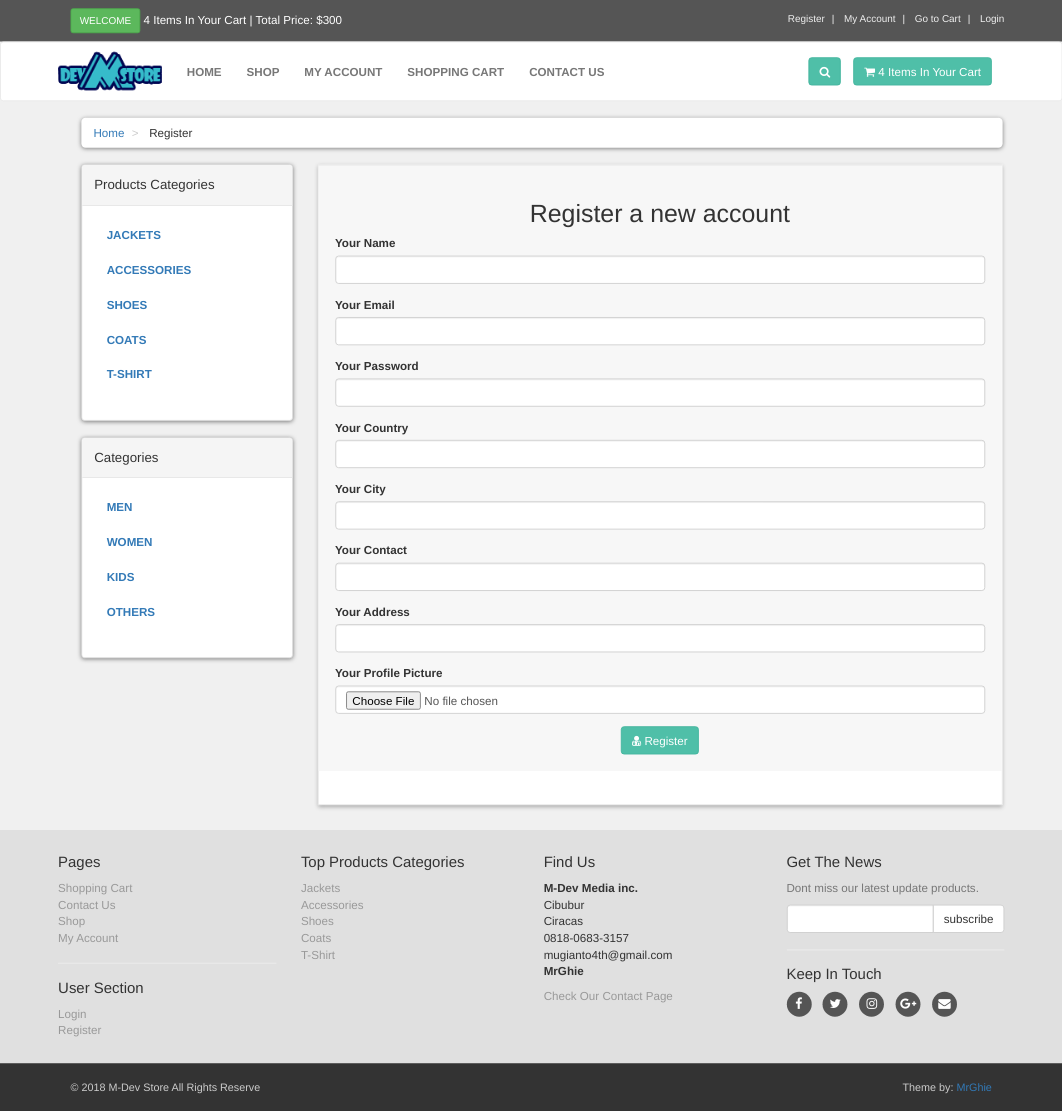
Repository: truonghuynhquy/M_Dev_Store
Page: http://localhost/customer_register.php
These files come from the project's save history. The page is drawn as it stood at one moment and after the next save; the edit follows.
The browser window is 1280 px wide. The pictures show the whole page, at 83% of full size.
The page is run by PHP 8.4 with error messages shown; the project is at /var/www/html/. The database holds what the project's SQL file puts in it.

Above is the page before, as saved 2022-11-16 16:22:00.

### customer_register.php
<?php

    include("includes/header.php");

?>

    <div id="content">
        <!-- #content Begin -->
        <div class="container">
            <!-- container Begin -->
            <div class="col-md-12">
                <!-- col-md-12 Begin -->

                <ul class="breadcrumb">
                    <!-- breadcrumb Begin -->
                    <li>
                        <a href="index.php">Home</a>
                    </li>
                    <li>
                        Register
                    </li>
                </ul><!-- breadcrumb Finish -->

            </div><!-- col-md-12 Finish -->

            <div class="col-md-3">
                <!-- col-md-3 Begin -->

                <?php

                include("includes/sidebar.php");

                ?>

            </div><!-- col-md-3 Finish -->

            <div class="col-md-9">
                <!-- col-md-9 Begin -->

                <div class="box">
                    <!-- box Begin -->

                    <div class="box-header">
                        <!-- box-header Begin -->

                        <center>
                            <!-- center Begin -->

                            <h2> Register a new account </h2>

                        </center><!-- center Finish -->

                        <form action="customer_register.php" method="post" enctype="multipart/form-data">
                            <!-- form Begin -->

                            <div class="form-group">
                                <!-- form-group Begin -->

                                <label>Your Name</label>

                                <input type="text" class="form-control" name="c_name" required>

                            </div><!-- form-group Finish -->

                            <div class="form-group">
                                <!-- form-group Begin -->

                                <label>Your Email</label>

                                <input type="text" class="form-control" name="c_email" required>

                            </div><!-- form-group Finish -->

                            <div class="form-group">
                                <!-- form-group Begin -->

                                <label>Your Password</label>

                                <input type="password" class="form-control" name="c_pass" required>

                            </div><!-- form-group Finish -->

                            <div class="form-group">
                                <!-- form-group Begin -->

                                <label>Your Country</label>

                                <input type="text" class="form-control" name="c_country" required>

                            </div><!-- form-group Finish -->

                            <div class="form-group">
                                <!-- form-group Begin -->

                                <label>Your City</label>

                                <input type="text" class="form-control" name="c_city" required>

                            </div><!-- form-group Finish -->

                            <div class="form-group">
                                <!-- form-group Begin -->

                                <label>Your Contact</label>

                                <input type="text" class="form-control" name="c_contact" required>

                            </div><!-- form-group Finish -->

                            <div class="form-group">
                                <!-- form-group Begin -->

                                <label>Your Address</label>

                                <input type="text" class="form-control" name="c_address" required>

                            </div><!-- form-group Finish -->

                            <div class="form-group">
                                <!-- form-group Begin -->

                                <label>Your Profile Picture</label>

                                <input type="file" class="form-control form-height-custom" name="c_image" required>

                            </div><!-- form-group Finish -->

                            <div class="text-center">
                                <!-- text-center Begin -->

                                <button type="submit" name="register" class="btn btn-primary">

                                    <i class="fa fa-user-md"></i> Register

                                </button>

                            </div><!-- text-center Finish -->

                        </form><!-- form Finish -->

                    </div><!-- box-header Finish -->

                </div><!-- box Finish -->

            </div><!-- col-md-9 Finish -->

        </div><!-- container Finish -->
    </div><!-- #content Finish -->

    <?php

    include("includes/footer.php");

    ?>

    <script src="js/jquery-331.min.js"></script>
    <script src="js/bootstrap-337.min.js"></script>


</body>

</html>

### includes/header.php
<?php

include("includes/db.php");
include("functions/functions.php");

?>

<!DOCTYPE html>
<html lang="en">

<head>
    <meta charset="UTF-8">
    <meta http-equiv="X-UA-Compatible" content="IE=edge">
    <meta name="viewport" content="width=device-width, initial-scale=1.0">
    <title>M-Dev Shop</title>
    <link rel="stylesheet" href="styles/bootstrap-337.min.css">
    <link rel="stylesheet" href="styles/style.css">
    <link rel="stylesheet" href="font-awsome/css/font-awesome.min.css">
</head>

<body>
    <div id="top">
        <!--  Top:     Begin  -->

        <div class="container">
            <!--  Container:     Begin  -->
            <div class="col-md-6 offer">
                <!--  col-md-6 offer:     Begin  -->
                <a href="#" class="btn btn-success btn-sm">Welcome</a>
                <a href="checkout.php">4 Items In Your Cart | Total Price: $300</a>
            </div><!--  col-md-6:     Finish  -->

            <div class="col md-6">
                <!--  col-md-6:     Begin  -->

                <ul class="menu">
                    <!--  menu:     Begin  -->
                    <li>
                        <a href="customer_register.php">Register</a>
                    </li>
                    <li>
                        <a href="customer/my_account.php">My Account</a>
                    </li>
                    <li>
                        <a href="cart.php">Go to Cart</a>
                    </li>
                    <li>
                        <a href="checkout.php">Login</a>
                    </li>

                </ul><!--  menu:     Finish  -->

            </div><!--  col-md-6:     Finish  -->

        </div><!--  Container:     Finish  -->

    </div><!--  Top:    Finish  -->

    <div id="navbar" class="navbar navbar-default">
        <!--  navbar navbar-default:    Begin  -->

        <div class="container">
            <!--  container:    Begin  -->

            <div class="nav-header">
                <!--  nav-header:    Begin  -->

                <a href="index.php" class="navbar-brand home">
                    <!-- navbar-brand home Begin -->

                    <img src="images/ecom-store-logo.png" alt="M-dev-Store Logo" class="hidden-xs">
                    <img src="images/ecom-store-logo-mobile.png" alt="M-dev-Store Logo Mobile" class="visible-xs">

                </a><!-- navbar-brand home Finish -->

                <button class="navbar-toggle" data-toggle="collapse" data-target="#navigation">

                    <span class="sr-only">Toggle navigation</span>

                    <i class="fa fa-align-justify"></i>

                </button>

                <button class="navbar-toggle" data-toggle="collapse" data-target="#search">

                    <span class="sr-only">Toggle Search</span>

                    <i class="fa fa-search"></i>

                </button>

            </div><!--  nav-header:    Finish  -->

            <div class="collapse navbar-collapse" id="navigation">
                <!-- navbar-collapse collapse Begin -->

                <div class="padding-nav">
                    <!-- padding-nav Begin -->

                    <ul class="nav navbar-nav left">
                        <!-- nav navbar-nav left Begin -->

                        <li class="<?php if($active=='Home') echo"active"; ?>">
                            <a href="index.php">Home</a>
                        </li>
                        <li class="<?php if($active=='Shop') echo"active"; ?>">
                            <a href="shop.php">Shop</a>
                        </li>
                        <li class="<?php if($active=='Account') echo"active"; ?>">
                            <a href="customer/my_account.php">My Account</a>
                        </li>
                        <li class="<?php if($active=='Cart') echo"active"; ?>">
                            <a href="cart.php">Shopping Cart</a>
                        </li>
                        <li class="<?php if($active=='Contact') echo"active"; ?>">
                            <a href="contact.php">Contact Us</a>
                        </li>

                    </ul><!-- nav navbar-nav left Finish -->

                </div><!-- padding-nav Finish -->

                <a href="cart.php" class="btn navbar-btn btn-primary right">

                    <!-- btn navbar-btn btn-primary Begin -->

                    <i class="fa fa-shopping-cart"></i>

                    <span>4 Items In Your Cart</span>

                </a><!-- btn navbar-btn btn-primary Finish -->

                <div class="navbar-collapse collapse right">
                    <!-- navbar-collapse collapse right Begin -->

                    <button class="btn btn-primary navbar-btn" type="button" data-toggle="collapse" data-target="#search">
                        <!-- btn btn-primary navbar-btn Begin -->

                        <span class="sr-only">Toggle Search</span>

                        <i class="fa fa-search"></i>

                </div><!-- navbar-collapse collapse right Finish -->

                <div class="collapse clearfix" id="search">
                    <!-- collapse clearfix Begin -->

                    <form method="get" action="results.php" class="navbar-form">
                        <!-- navbar-form Begin -->

                        <div class="input-group">
                            <!-- input-group Begin -->

                            <input type="text" class="form-control" placeholder="Search" name="user_query" required>

                            <span class="input-group-btn">
                                <!-- input-group-btn Begin -->

                                <button type="submit" name="search" value="Search" class="btn btn-primary">
                                    <!-- btn btn-primary Begin -->

                                    <i class="fa fa-search"></i>

                                </button><!-- btn btn-primary Finish -->

                            </span><!-- input-group-btn Finish -->

                        </div><!-- input-group Finish -->

                    </form><!-- navbar-form Finish -->

                </div><!-- collapse clearfix Finish -->

            </div><!-- navbar-collapse collapse Finish -->

        </div><!--  container:    Finish  -->

    </div><!--  navbar navbar-default:    Finish  -->

### includes/db.php
<?php

$con = mysqli_connect("localhost","root","","ecom_store");

?>

### functions/functions.php
<?php

$db = mysqli_connect("localhost","root","", "ecom_store");

function getPro(){

    global $db;

    $get_products = "select * from products order by 1 DESC LIMIT 0,8";

    $run_products = mysqli_query($db,$get_products);

    while($row_products = mysqli_fetch_array($run_products)){

        $pro_id = $row_products['product_id'];

        $pro_title = $row_products['product_title'];

        $pro_price = $row_products['product_price'];

        $pro_img1 = $row_products['product_img1'];

        echo "

        <div class='col-md-4 col-sm-6 single'>

            <div class='product'>

                <a href='details.php?pro_id=$pro_id'>

                    <img class='img-responsive' src='admin_area/product_images/$pro_img1'>

                </a>

                <div class='text'>

                    <h3>

                        <a href='details.php?pro_id=$pro_id'>

                            $pro_title

                        </a>

                    </h3>

                    <p class='price'>

                        $ $pro_price

                    </p>

                    <p class='button'>

                        <a class='btn btn-default' href='details.php?pro_id=$pro_id'>

                            View Details

                        </a>

                        <a class='btn btn-primary' href='details.php?pro_id=$pro_id>

                            <i class='fa fa-shopping-cart></i> Add to Cart

                        </a>

                    </p>

                </div>

            </div>

        </div>

        ";

    }

}

?>

### includes/sidebar.php
<div class="panel panel-default sidebar-menu">
    <!-- panel panel-default sidebar-menu Begin -->

    <div class="panel-heading">
        <!-- panel-heading Begin -->

        <h3 class="panel-title">Products Categories</h3>

    </div><!-- panel-heading Finish -->

    <div class="panel-body">
        <!-- panel-body Begin -->

        <ul class="nav nav-pills nav-stacked category-menu">
            <!-- nav nav-pills nav-stacked category-menu Begin -->

            <li><a href="#">Jackets</a></li>
            <li><a href="#">Accessories</a></li>
            <li><a href="#">Shoes</a></li>
            <li><a href="#">Coats</a></li>
            <li><a href="#">T-Shirt</a></li>

        </ul><!-- nav nav-pills nav-stacked category-menu Finish -->

    </div><!-- panel-body Finish -->

</div><!-- panel panel-default sidebar-menu Finish -->

<div class="panel panel-default sidebar-menu">
    <!-- panel panel-default sidebar-menu Begin -->

    <div class="panel-heading">
        <!-- panel-heading Begin -->

        <h3 class="panel-title">Categories</h3>

    </div><!-- panel-heading Finish -->

    <div class="panel-body">
        <!-- panel-body Begin -->

        <ul class="nav nav-pills nav-stacked category-menu">
            <!-- nav nav-pills nav-stacked category-menu Begin -->

            <li><a href="#">Men</a></li>
            <li><a href="#">Women</a></li>
            <li><a href="#">Kids</a></li>
            <li><a href="#">Others</a></li>

        </ul><!-- nav nav-pills nav-stacked category-menu Finish -->

    </div><!-- panel-body Finish -->

</div><!-- panel panel-default sidebar-menu Finish -->

### includes/footer.php
<div id="footer">
    <!-- #footer Begin -->
    <div class="container">
        <!-- container Begin -->
        <div class="row">
            <!-- row Begin -->
            <div class="col-sm-6 col-md-3">
                <!-- col-sm-6 col-md-3 Begin -->

                <h4>Pages</h4>

                <ul>
                    <!-- ul Begin -->
                    <li><a href="cart.php">Shopping Cart</a></li>
                    <li><a href="contact.php">Contact Us</a></li>
                    <li><a href="shop.php">Shop</a></li>
                    <li><a href="customer/my_account.php">My Account</a></li>
                </ul><!-- ul Finish -->

                <hr>

                <h4>User Section</h4>

                <ul>
                    <!-- ul Begin -->
                    <li><a href="checkout.php">Login</a></li>
                    <li><a href="customer_register.php">Register</a></li>
                </ul><!-- ul Finish -->

                <hr class="hidden-md hidden-lg hidden-sm">

            </div><!-- col-sm-6 col-md-3 Finish -->

            <div class="com-sm-6 col-md-3">
                <!-- col-sm-6 col-md-3 Begin -->

                <h4>Top Products Categories</h4>

                <ul>
                    <!-- ul Begin -->

                    <?php

                    $get_p_cats = "select * from product_categories";

                    $run_p_cats = mysqli_query($con, $get_p_cats);

                    while ($row_p_cats = mysqli_fetch_array($run_p_cats)) {

                        $p_cat_id = $row_p_cats['p_cat_id'];

                        $p_cat_title = $row_p_cats['p_cat_title'];

                        echo "

                            <li>

                                <a href='shop.php?p_cat=$p_cat_id'>

                                    $p_cat_title

                                </a>

                            </li>

                        ";
                    }

                    ?>

                </ul><!-- ul Finish -->

                <hr class="hidden-md hidden-lg">

            </div><!-- col-sm-6 col-md-3 Finish -->

            <div class="col-sm-6 col-md-3">
                <!-- col-sm-6 col-md-3 Begin -->

                <h4>Find Us</h4>

                <p>
                    <!-- p Start -->

                    <strong>M-Dev Media inc.</strong>
                    <br />Cibubur
                    <br />Ciracas
                    <br />0818-0683-3157
                    <br />mugianto4th@gmail.com
                    <br /><strong>MrGhie</strong>

                </p><!-- p Finish -->

                <a href="contact.php">Check Our Contact Page</a>

                <hr class="hidden-md hidden-lg">

            </div><!-- col-sm-6 col-md-3 Finish -->

            <div class="col-sm-6 col-md-3">

                <h4>Get The News</h4>

                <p class="text-muted">
                    Dont miss our latest update products.
                </p>

                <form action="https://feedburner.google.com/fb/a/mailverify" method="post" target="popupwindow" onsubmit="window.open('https://feedburner.google.com/fb/a/mailverify?uri=M-devMedia', 'popupwindow', 'scrollbars=yes,width=550,height=520');return true" method="post">
                    <!-- form begin -->
                    <div class="input-group">
                        <!-- input-group begin -->

                        <input type="text" class="form-control" name="email">

                        <input type="hidden" value="M-devMedia" name="uri"/><input type="hidden" name="loc" value="en_US"/>

                        <span class="input-group-btn">
                            <!-- input-group-btn begin -->

                            <input type="submit" value="subscribe" class="btn btn-default">

                        </span><!-- input-group-btn Finish -->

                    </div><!-- input-group Finish -->
                </form><!-- form Finish -->

                <hr>

                <h4>Keep In Touch</h4>

                <p class="social">
                    <a href="#" class="fa fa-facebook"></a>
                    <a href="#" class="fa fa-twitter"></a>
                    <a href="#" class="fa fa-instagram"></a>
                    <a href="#" class="fa fa-google-plus"></a>
                    <a href="#" class="fa fa-envelope"></a>
                </p>

            </div>
        </div><!-- row Finish -->
    </div><!-- container Finish -->
</div><!-- #footer Finish -->


<div id="copyright">
    <!-- #copyright Begin -->
    <div class="container">
        <!-- container Begin -->
        <div class="col-md-6">
            <!-- col-md-6 Begin -->

            <p class="pull-left">&copy; 2018 M-Dev Store All Rights Reserve</p>

        </div><!-- col-md-6 Finish -->
        <div class="col-md-6">
            <!-- col-md-6 Begin -->

            <p class="pull-right">Theme by: <a href="#">MrGhie</a></p>

        </div><!-- col-md-6 Finish -->
    </div><!-- container Finish -->
</div><!-- #copyright Finish -->

### ecom_store.sql (the tables this page reads)
CREATE TABLE `product_categories` (
  `p_cat_id` int(10) NOT NULL,
  `p_cat_title` text NOT NULL,
  `p_cat_desc` text NOT NULL
) ENGINE=InnoDB DEFAULT CHARSET=utf8mb4;

INSERT INTO `product_categories` (`p_cat_id`, `p_cat_title`, `p_cat_desc`) VALUES
(1, 'Jackets', 'Lorem ipsum dolor sit amet, consectetur adipisicing elit. Velit rem eos illo tempora dicta possimus adipisci doloribus obcaecati odit officiis, sapiente eius excepturi harum voluptates nihil aut quo vero eveniet.'),
(2, 'Accessories', 'Lorem ipsum dolor sit amet, consectetur adipisicing elit. Velit rem eos illo tempora dicta possimus adipisci doloribus obcaecati odit officiis, sapiente eius excepturi harum voluptates nihil aut quo vero eveniet.'),
(3, 'Shoes', 'Lorem ipsum dolor sit amet, consectetur adipisicing elit. Velit rem eos illo tempora dicta possimus adipisci doloribus obcaecati odit officiis, sapiente eius excepturi harum voluptates nihil aut quo vero eveniet.'),
(4, 'Coats', 'Lorem ipsum dolor sit amet, consectetur adipisicing elit. Velit rem eos illo tempora dicta possimus adipisci doloribus obcaecati odit officiis, sapiente eius excepturi harum voluptates nihil aut quo vero eveniet.'),
(5, 'T-Shirt', 'Lorem ipsum dolor sit amet, consectetur adipisicing elit. Velit rem eos illo tempora dicta possimus adipisci doloribus obcaecati odit officiis, sapiente eius excepturi harum voluptates nihil aut quo vero eveniet.');

ALTER TABLE `product_categories`
  ADD PRIMARY KEY (`p_cat_id`);

ALTER TABLE `product_categories`
  MODIFY `p_cat_id` int(10) NOT NULL AUTO_INCREMENT, AUTO_INCREMENT=6;

Loaded but not shown: styles/bootstrap-337.min.css (library); font-awsome/css/font-awesome.min.css (library); js/jquery-331.min.js (library); js/bootstrap-337.min.js (library); styles/style.css (391 lines, source omitted)

After the next save:
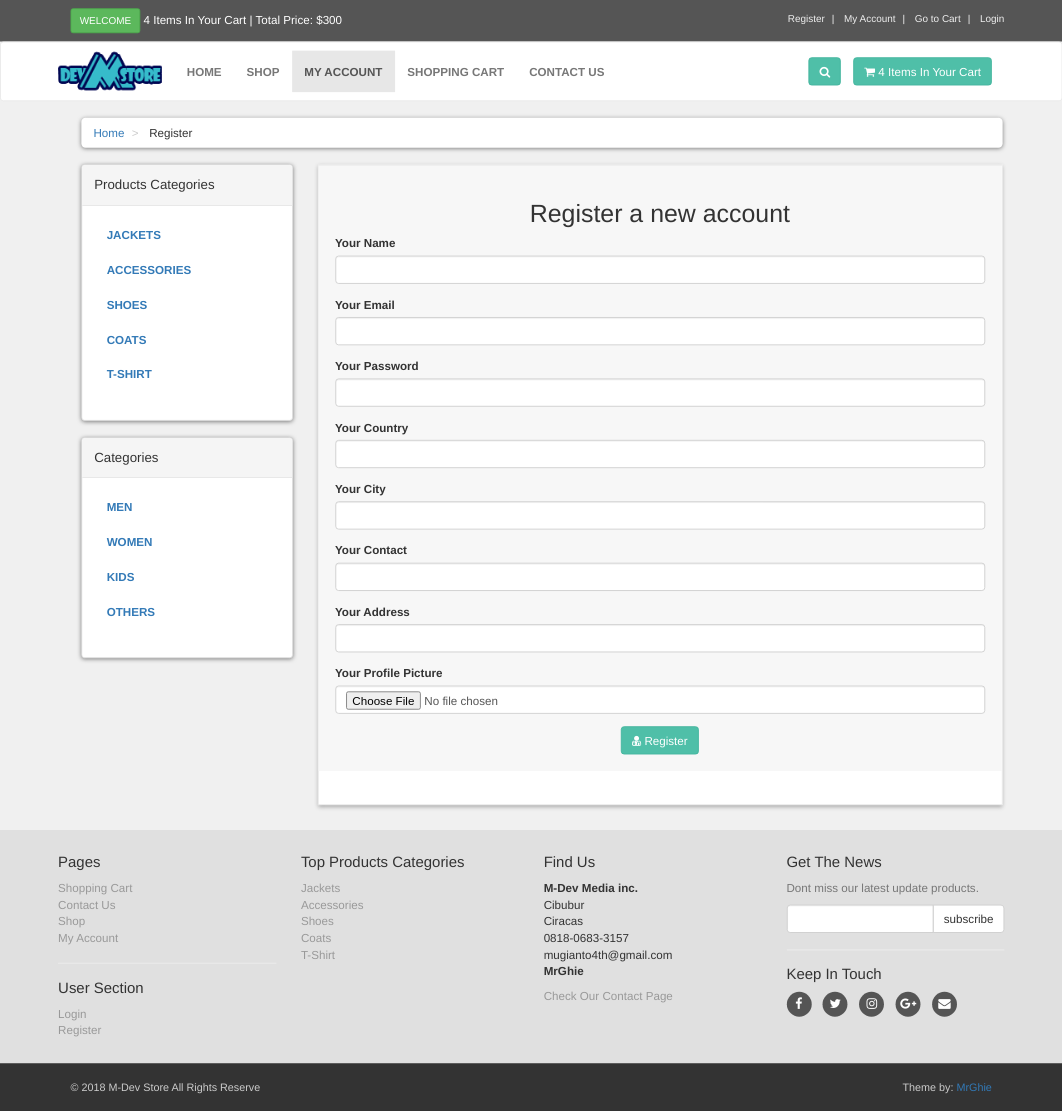
Saved 16 s later.
--- a/customer_register.php
+++ b/customer_register.php
@@ -1,5 +1,6 @@
 <?php
 
+    $active='Account';
     include("includes/header.php");
 
 ?>
